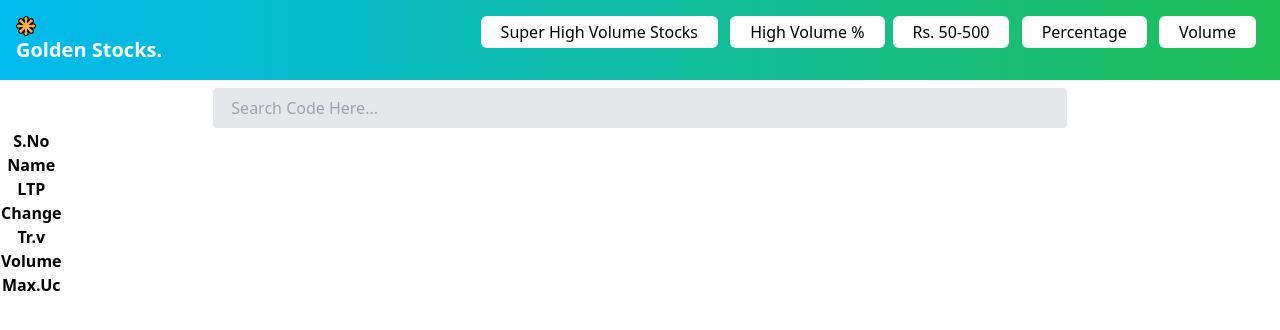
Repository: Raghunadh9/react_bse_api_v2
Page: /superhighvolumestocks
These files come from the project's save history. The page is drawn as it stood at one moment and after the next save; the edit follows.
The browser window is 1280 px wide. The pictures show the whole page.
The page's requests for data from a server got no answer. The project was rebuilt for these pictures with package versions that can differ from the ones it lists, and the page was loaded fresh each time. No one was signed in, and anything a server would have sent is missing. Also part of the build but not shown: vite.config.js, src/component/GetDetailsComponent.jsx, src/component/HighPercentWithVolume.jsx, src/component/Volume.jsx, src/component/Fiftyto500.jsx, src/component/Home.jsx, src/component/convertToNumer.jsx, src/component/Merit.jsx and 1 more.

Above is the page before, as saved 2023-07-12 17:54:45.

After the next save:
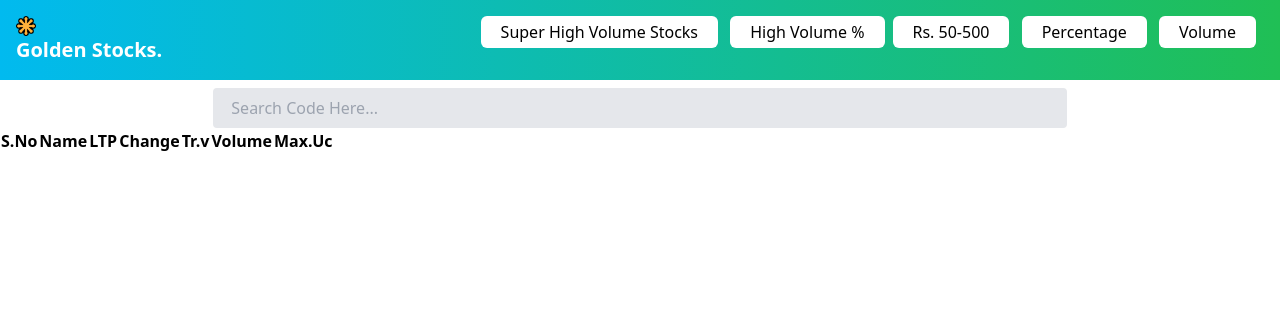
Saved 49 s later.
--- a/src/component/superHighVolume.jsx
+++ b/src/component/superHighVolume.jsx
@@ -38,15 +38,15 @@
       </center>
       <table>
         <thead>
-          <th>
-            <tr>S.No</tr>
-            <tr>Name</tr>
-            <tr>LTP</tr>
-            <tr>Change</tr>
-            <tr>Tr.v</tr>
-            <tr>Volume</tr>
-            <tr>Max.Uc</tr>
-          </th>
+          <tr>
+            <th>S.No</th>
+            <th>Name</th>
+            <th>LTP</th>
+            <th>Change</th>
+            <th>Tr.v</th>
+            <th>Volume</th>
+            <th>Max.Uc</th>
+          </tr>
         </thead>
       </table>
     </div>
